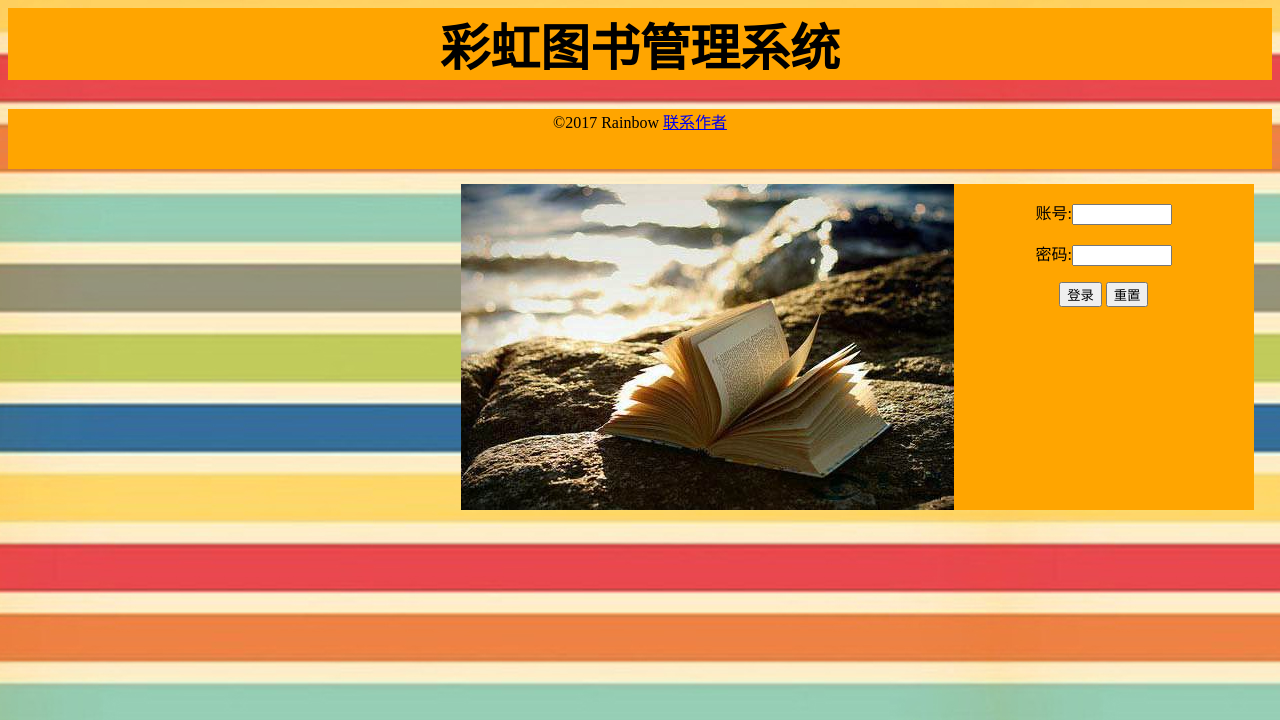
Repository: Rainbow-Chua/learningcode
Page: http://localhost/MyBookManager/
The author's editor kept a copy of each file at every save. The page is drawn from the files as they stood at one save, then again after the next save.
The browser window is 1280 px wide. The pictures show the whole page.
The page is served by Tomcat 9.

Above is the page before, as saved 2017-11-18 00:33:42.

After the next save:
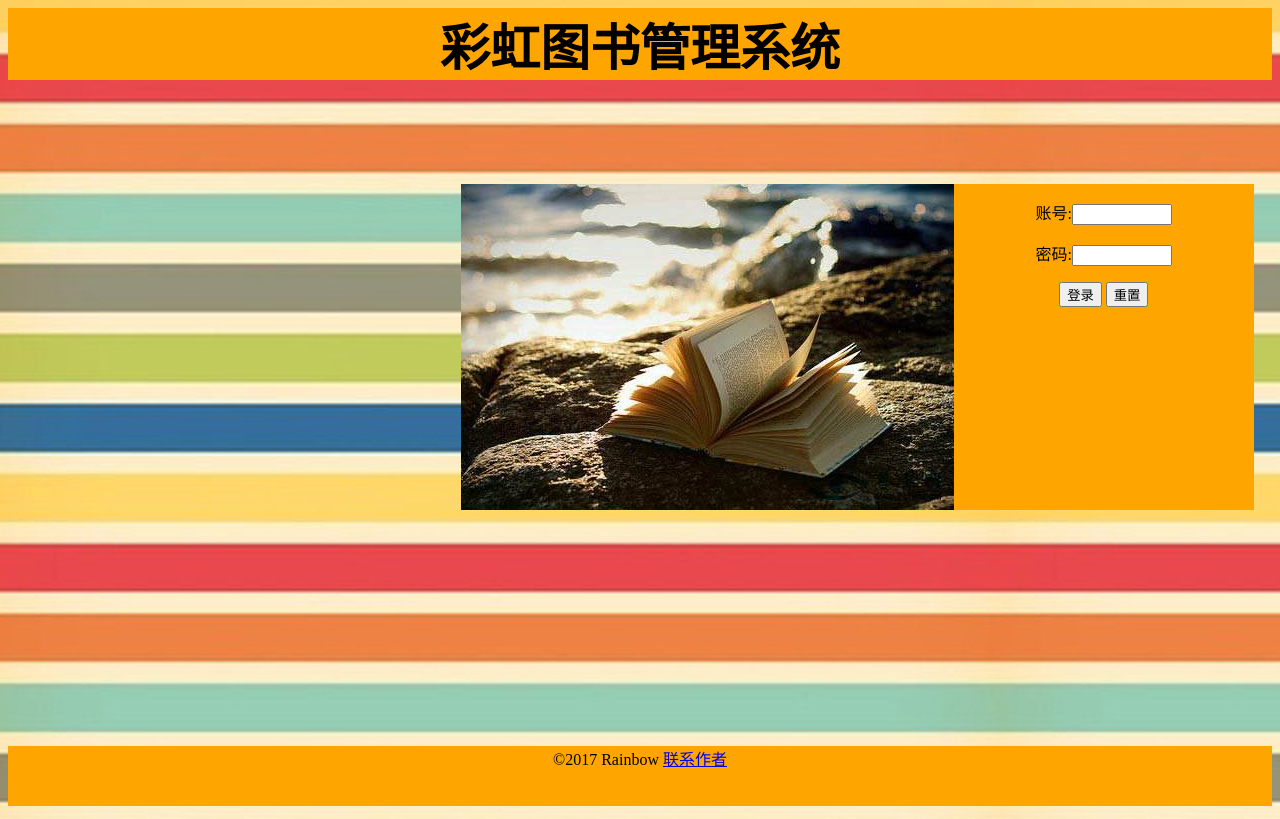
Saved 2 min 12 s later.
--- a/MyBookManager/WebContent/login.jsp
+++ b/MyBookManager/WebContent/login.jsp
@@ -18,7 +18,7 @@
 	text-align: center;
     margin: 0 auto;
     width: 60%;
-    background: orange;
+    height: 621px;
     position: relative;
     top: 10%;
 }
